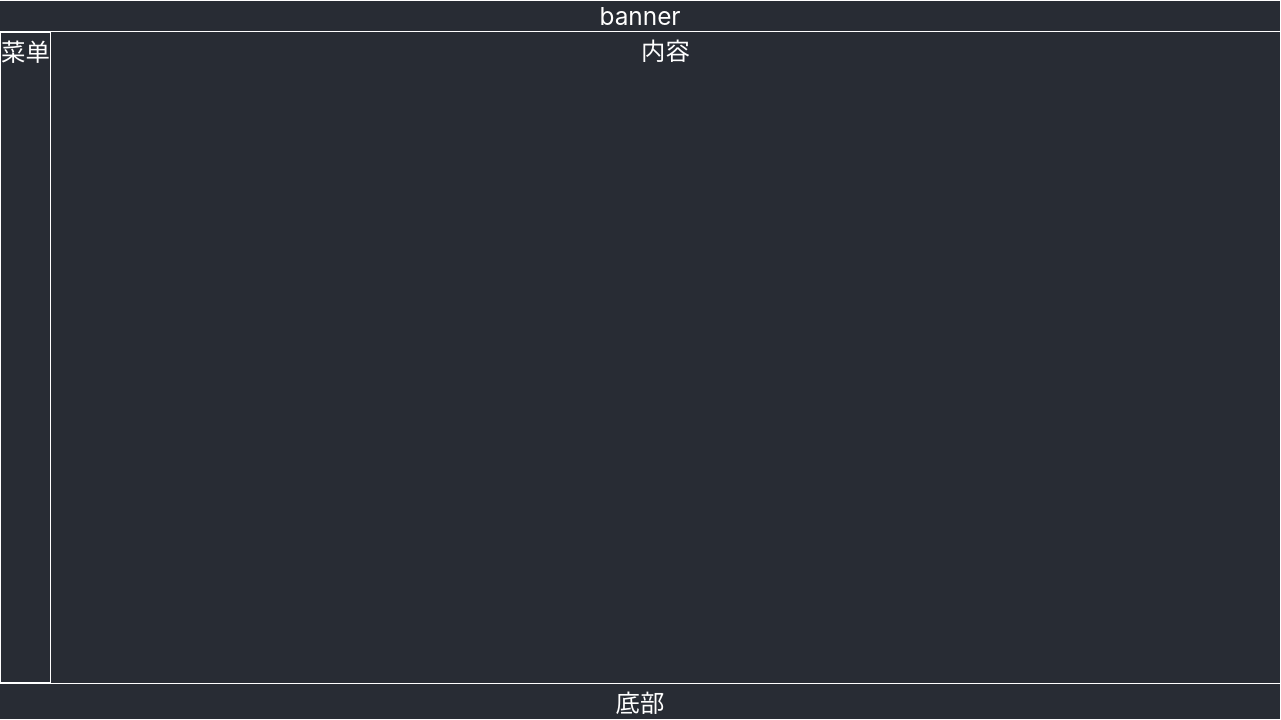
Repository: yaolh1995/react-hooks-demo-drag-layout
Page: /
These files come from the project's save history. The page is drawn as it stood at one moment and after the next save; the edit follows.
The browser window is 1280 px wide. The page is 1281 px wide, so the pictures cover 1281 px, including what lies to the right of the window. The pictures show the whole page.
The project was rebuilt for these pictures with package versions that can differ from the ones it lists, and the page was loaded fresh each time.

Above is the page before, as saved 2022-01-29 14:34:27.

### src/index.css
body {
  margin: 0;
  font-family: -apple-system, BlinkMacSystemFont, "Segoe UI", "Roboto", "Oxygen",
    "Ubuntu", "Cantarell", "Fira Sans", "Droid Sans", "Helvetica Neue",
    sans-serif;
  -webkit-font-smoothing: antialiased;
  -moz-osx-font-smoothing: grayscale;
}

code {
  font-family: source-code-pro, Menlo, Monaco, Consolas, "Courier New",
    monospace;
}
.div1,
.div2 {
  margin: 15px;
  width: 100px;
  height: 100px;
  border: 1px solid red;
}

### src/App.js
import logo from "./logo.svg";
import "./App.css";
import { useState } from "react";
/* 布局 菜单可有可无，菜单宽度可拖拽 */

function App() {
  const count = useState(0);

  return (
    <div className="App">
      <header className="App-header">
        <div className="header">banner</div>
        <div className="content-wrapper">
          <div className="menu" onClick={(count) => count + 1}>
            菜单
          </div>
          <div className="content">内容</div>
        </div>
        <div className="footer">底部</div>
      </header>
    </div>
  );
}

export default App;

### src/App.css
.App {
  text-align: center;
}

.App-logo {
  height: 40vmin;
  pointer-events: none;
}

@media (prefers-reduced-motion: no-preference) {
  .App-logo {
    animation: App-logo-spin infinite 20s linear;
  }
}

.App-header {
  background-color: #282c34;
  min-height: 100vh;
  width: 100%;
  display: flex;
  flex-direction: column;
  align-items: center;
  justify-content: center;
  font-size: calc(10px + 2vmin);
  color: white;
}
.menu,
.header,
.footer {
  border: 1px solid #fff;
}

.menu {
}
.header {
  width: 100%;
}
.footer {
  width: 100%;
}
.content-wrapper {
  display: flex;
  width: 100%;
  flex: 1;
}
.content-wrapper > .content {
  flex: 1;
  text-align: center;
}

.App-link {
  color: #61dafb;
}

@keyframes App-logo-spin {
  from {
    transform: rotate(0deg);
  }
  to {
    transform: rotate(360deg);
  }
}

Loaded but not shown: public/index.html (common file); src/index.js (common file); src/reportWebVitals.js (common file)

After the next save:
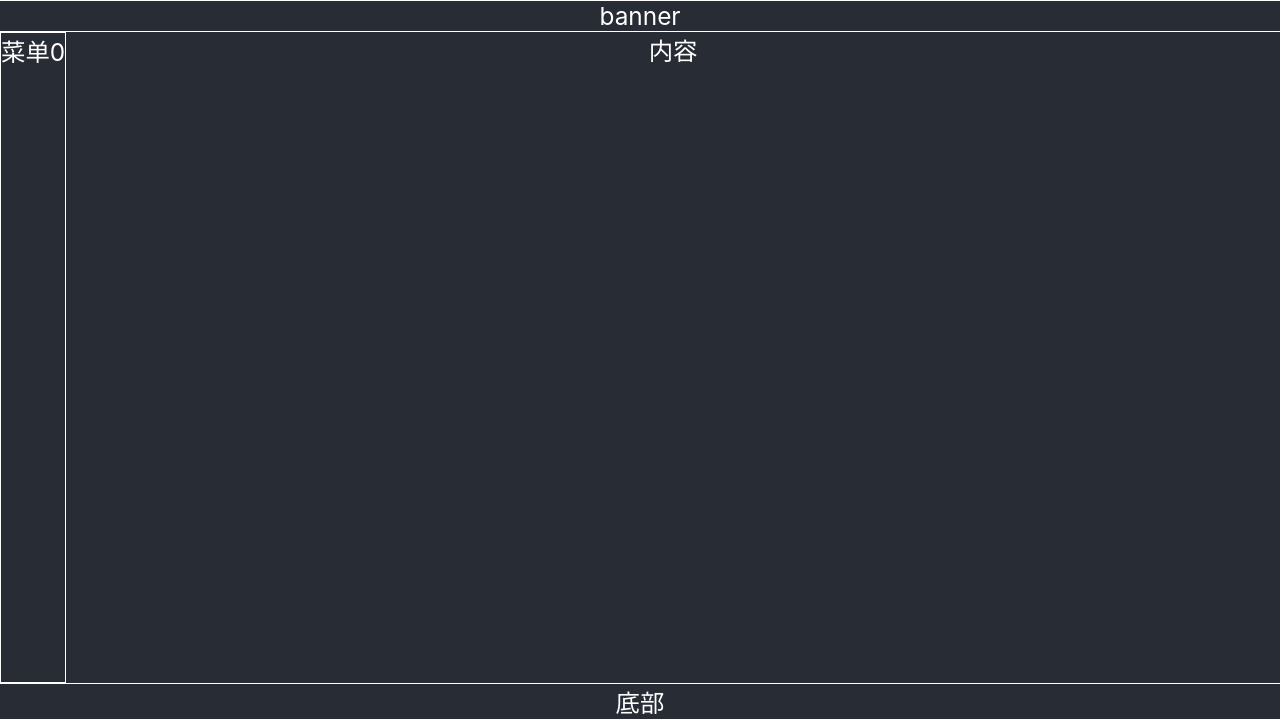
Saved 14 s later.
--- a/src/App.js
+++ b/src/App.js
@@ -12,7 +12,7 @@
         <div className="header">banner</div>
         <div className="content-wrapper">
           <div className="menu" onClick={(count) => count + 1}>
-            菜单
+            菜单{count}
           </div>
           <div className="content">内容</div>
         </div>

After the 2 saves that followed:
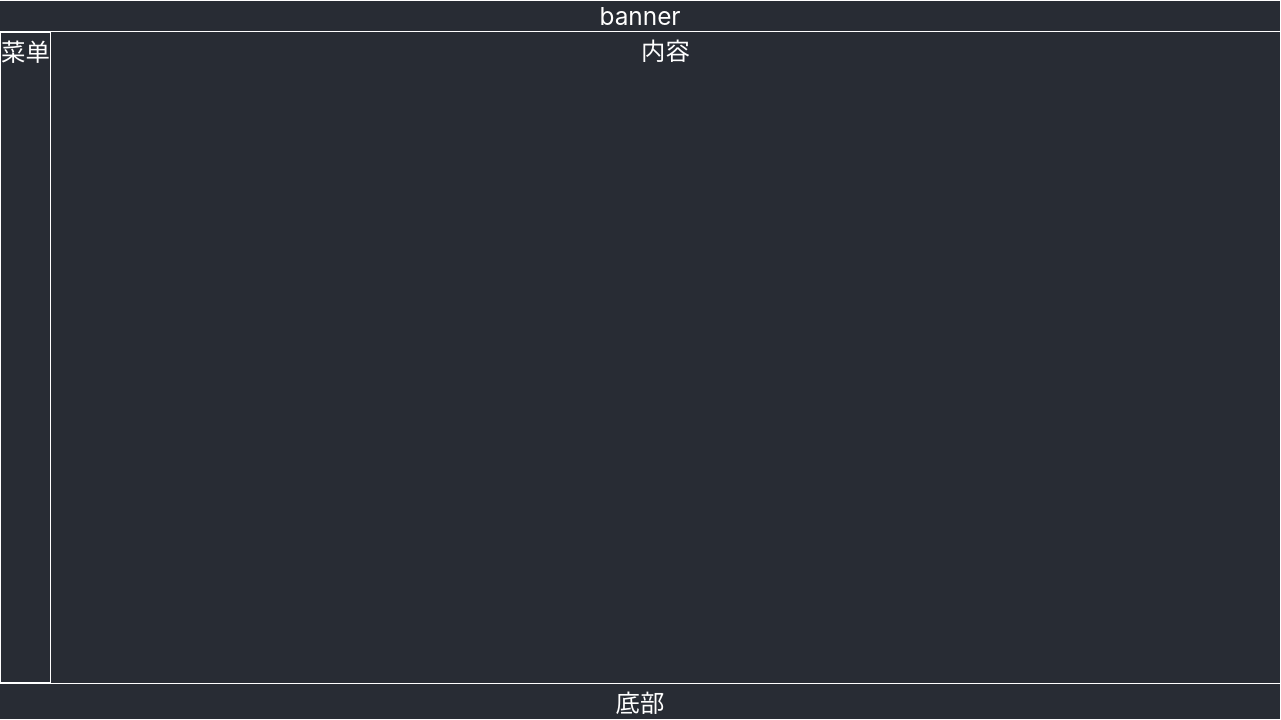
The 2 saves are shown as one change because 1 left the picture as it was.
The last was saved 56 s later.
--- a/src/App.js
+++ b/src/App.js
@@ -12,7 +12,7 @@
         <div className="header">banner</div>
         <div className="content-wrapper">
           <div className="menu" onClick={(count) => count + 1}>
-            菜单{count}
+            菜单{}
           </div>
           <div className="content">内容</div>
         </div>
